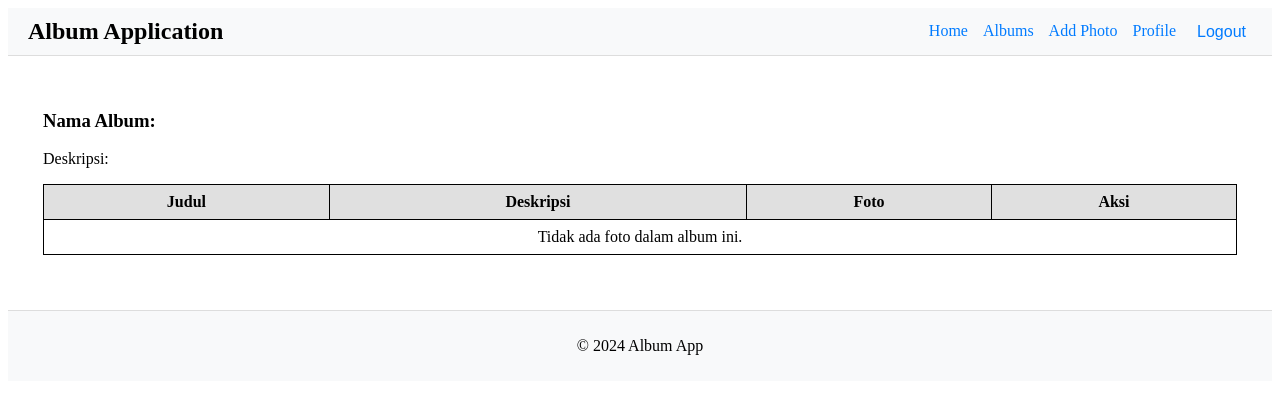
Repository: daffa-alif/snapgram
Page: http://localhost/photos
An editor plug-in stored every save of this project. The page is shown before and after the next save, followed by the edit.
The browser window is 1280 px wide. The pictures show the whole page.
The page is served by the project's Laravel application, run on PHP 8.4 with Laravel 12. A made-up administrator, Test User (test@example.com), is signed in. Other server files are loaded and not shown. Queries for data that is not in the repository find no rows.

Above is the page before, as saved 2024-10-29 14:01:06.

### routes/web.php
<?php

use Illuminate\Support\Facades\Route;
use App\Http\Controllers\{
    AuthController,
    HomeController,
    AlbumController,
    PhotoController,
    ProfileController,
};

// Redirect root URL to login
Route::redirect('/', '/auth/login');

// Authentication routes
Route::controller(AuthController::class)->group(function () {

    Route::get('auth/login', 'showLoginForm')->name('login')->middleware('guest');
    Route::post('auth/postLogin', 'postLogin')->name('postLogin');
    Route::post('logout', 'logout')->name('logout');
    Route::get('auth/register', 'showRegistrationForm')->name('register.form');
    Route::post('auth/register', 'register')->name('register');

   // Routes that require authentication
Route::middleware('auth')->group(function () {
    // Home route
    Route::get('/home', [HomeController::class, 'index'])->name('home');
    // Album resource routes
    Route::resource('albums', AlbumController::class);
    // Photo routes
    Route::resource('photos', PhotoController::class);
    Route::get('/albums/{album}/photos', [PhotoController::class, 'index'])
        ->name('albums.photos');
    Route::post('photos/{photo}/like/', [PhotoController::class, 'like'])
        ->name('photos.like');
    Route::get('/photos/{photo}/comments', [PhotoController::class, 'showComments'])
        ->name('photos.comments');
    Route::post('/photos/{photo}/comments', [PhotoController::class, 'storeComment'])
        ->name('photos.comment.store');

        Route::get('/profile', [ProfileController::class, 'index'])->name('profile.index');
        Route::put('/profile', [ProfileController::class, 'update'])->name('profile.update');
    });
});

### app/Models/User.php
<?php

namespace App\Models;

// use Illuminate\Contracts\Auth\MustVerifyEmail;
use Illuminate\Database\Eloquent\Factories\HasFactory;
use Illuminate\Foundation\Auth\User as Authenticatable;
use Illuminate\Notifications\Notifiable;

class User extends Authenticatable
{
    use HasFactory, Notifiable;

    /**
     * The attributes that are mass assignable.
     *
     * @var array<int, string>
     */
    protected $fillable = [
        'username',
        'email',
        'password',
        'namaLengkap',
        'alamat',
    ];

    protected $primaryKey = 'userID';
    /**
     * The attributes that should be hidden for serialization.
     *
     * @var array<int, string>
     */
    protected $hidden = [
        'password',
        'remember_token',
    ];

    /**
     * Get the attributes that should be cast.
     *
     * @return array<string, string>
     */
    protected function casts(): array
    {
        return [
            'email_verified_at' => 'datetime',
            'password' => 'hashed',
        ];
    }
}

### app/Http/Controllers/PhotoController.php
<?php

namespace App\Http\Controllers;

use Illuminate\Http\Request;
use App\Models\Album;
use App\Models\Photo;
use App\Models\LikePhoto;
use App\Models\Comment;
use Illuminate\Support\Facades\Auth;
use Illuminate\Support\Facades\Storage;

class PhotoController extends Controller
{
    /**
     * Display a listing of the photos for a specific album.
     */
    public function index(Album $album)
    {
        // Check if the album belongs to the authenticated user or is public
        $albums = Album::where('userID', auth()->id())->get();
        $photos = Photo::where('albumID', $album->albumID)->get();
        return view('photos.index', compact('album', 'photos')); // Changed to the appropriate view for displaying photos
    }

    public function edit(Photo $photo)
    {
        // Ensure the authenticated user can access only their own albums
        $albums = Album::where('userID', Auth::id())->get();

        // Check if the photo belongs to the authenticated user for security
        if ($photo->userID !== Auth::id()) {
            return redirect()->route('albums.index')->with('error', 'Unauthorized access to edit photo.');
        }

        // Pass the photo and albums to the edit view
        return view('photos.edit', compact('photo', 'albums'));
    }

    /**
     * Show the form for creating a new photo.
     */
    public function create()
    {
        $albums = Album::where('userID', auth()->id())->get(); // Get albums for the authenticated user
        return view('photos.create', compact('albums')); // Pass the variable to the view
    }

    /**
     * Store a newly uploaded photo in storage.
     */
    public function store(Request $request)
    {
        // Validate the photo upload form input
        $request->validate([
            'judulFoto' => 'required|max:255',
            'deskripsiFoto' => 'required|max:500',
            'albumID' => 'required|exists:albums,albumID',
            'photo' => 'required|image|max:2048', // Ensure the field name matches the form input
        ]);

        // Handle file upload
        $path = $request->file('photo')->store('photos', 'public');

        // Create a new photo entry in the database
        Photo::create([
            'judulFoto' => $request->input('judulFoto'),
            'deskripsiFoto' => $request->input('deskripsiFoto'),
            'tanggalUnggah' => now(),
            'lokasiFile' => $path,
            'albumID' => $request->input('albumID'),
            'userID' => Auth::id(),
        ]);

        return redirect()->route('home', $request->input('albumID'))->with('success', 'Photo uploaded successfully.');
    }

    /**
     * Display the specified photo details.
     */
    public function show(Photo $photo)
    {
        // Check if the photo belongs to the authenticated user or is publicly accessible
        return view('photos.show', compact('photo'));
    }

    /**
     * Update the specified photo information.
     */
    public function update(Request $request, Photo $photo)
{
    // Validate the updated photo information
    $request->validate([
        'judulFoto' => 'required|max:255',
        'deskripsiFoto' => 'required|max:500',
        'albumID' => 'required|exists:albums,albumID',
        'photo' => 'nullable|image|max:2048', // Make the file optional for update
    ]);

    // Check if a new file is uploaded
    if ($request->hasFile('photo')) {
        // Delete the old file from storage
        Storage::disk('public')->delete($photo->lokasiFile);

        // Store the new file and update the path
        $photo->lokasiFile = $request->file('photo')->store('photos', 'public');
    }

    // Update the photo's details without the file path
    $photo->update([
        'judulFoto' => $request->input('judulFoto'),
        'deskripsiFoto' => $request->input('deskripsiFoto'),
        'albumID' => $request->input('albumID'),
    ]);

    // Redirect to the album index with a success message
    return redirect()->route('albums.index', $photo->albumID)->with('success', 'Photo updated successfully.');
}



    /**
     * Remove the specified photo from storage.
     */
    public function destroy(Photo $photo)
    {
        // Delete the file from storage
        Storage::disk('public')->delete($photo->lokasiFile);

        // Delete the photo from the database
        $photo->delete();

        return redirect()->route('albums.index', $photo->albumID)->with('success', 'Photo deleted successfully.');
    }

    /**
     * Like or unlike a photo.
     */
    /**
 * Like or unlike a photo.
 */
public function like(Photo $photo)
{
    // Check if the user has already liked the photo
    $like = LikePhoto::where('userID', Auth::id())
                     ->where('fotoID', $photo->fotoID) // Change photoID to fotoID
                     ->first();

    if ($like) {
        // If the photo is already liked, remove the like (unlike)
        $like->delete();
    } else {
        // Otherwise, add a new like
        LikePhoto::create([
            'userID' => Auth::id(),
            'fotoID' => $photo->fotoID, // Change photoID to fotoID
            'tanggalLike' => now(), // Assuming you want to store the like date
        ]);
    }

    return back()->with('success', 'Photo like status updated.');
}


    /**
     * Display the comments for a photo.
     */
    public function showComments(Photo $photo)
{
    // Retrieve comments related to the photo
    $comments = Comment::where('fotoID', $photo->fotoID)->get();

    // Pass the photo and comments to the view
    return view('photos.comments', compact('photo', 'comments'));
}


    /**
     * Store a new comment on the photo.
     */
    public function storeComment(Request $request, Photo $photo)
{
    // Validate the comment input
    $request->validate([
        'isiKomentar' => 'required|max:500',
    ]);

    // Create a new comment
    Comment::create([
        'isiKomentar' => $request->input('isiKomentar'),
        'userID' => Auth::id(),
        'fotoID' => $photo->fotoID, // Use fotoID as per your naming convention
    ]);

    return back()->with('success', 'Comment added successfully.');
}

}

### app/Models/Album.php
<?php

namespace App\Models;

use Illuminate\Database\Eloquent\Model;

class Album extends Model {

protected $primaryKey = 'albumID';
protected $fillable = ['namaAlbum', 'deskripsi',
'tanggalDibuat', 'userID'];

/**
* Relasi one-to-one antara Album dan User.
* Setiap album dimiliki oleh satu user.
* Relasi ini menggunakan foreign key 'userID'.
*/
public function user() {
return $this->belongsTo(User::class, 'userID');
}

/**
* Relasi one-to-many antara Album dan Photo.
* Setiap album bisa memiliki banyak foto.
* Relasi ini menggunakan foreign key 'albumID'.
*/
public function photos() {
return $this->hasMany(Photo::class, 'albumID');
}
}

### app/Models/Photo.php
<?php

namespace App\Models;

use Illuminate\Database\Eloquent\Model;
use Illuminate\Support\Facades\Auth;

class Photo extends Model
{
    protected $primaryKey = 'fotoID';
    protected $fillable = [
        'judulFoto', 'deskripsi Foto',
        'tanggalUnggah', 'lokasiFile',
        'albumID', 'userID'];

    public function album()
    {
        return $this->belongsTo(Album::class, 'albumID');
    }

    public function user()
    {
        return $this->belongsTo(User::class, 'userID');
    }

    public function likes()
    {
        return $this->hasMany(LikePhoto::class, 'fotoID');
    }

    public function isLikedByAuthUser()
    {
        return $this->likes()->where('userID', Auth::user()->userID)->exists();
    }

    public function comments() {
        return $this->hasMany (Comment::class, 'fotoID');
        }
}

### resources/views/photos/index.blade.php
@extends('layouts.app')

@section('content')
<div style="padding: 15px;">
    <h3>Nama Album: {{ $album->namaAlbum }}</h3>
    <p>Deskripsi: {{ $album->deskripsi }}</p>

    <table style="width: 100%; border: 1px solid #000; margin-top: 10px; border-collapse: collapse;">
        <thead>
            <tr style="background-color: #e0e0e0;">
                <th style="padding: 8px; border: 1px solid #000;">Judul</th>
                <th style="padding: 8px; border: 1px solid #000;">Deskripsi</th>
                <th style="padding: 8px; border: 1px solid #000;">Foto</th>
                <th style="padding: 8px; border: 1px solid #000;">Aksi</th>
            </tr>
        </thead>
        <tbody>
            @if($album->photos->isNotEmpty())
                @foreach($album->photos as $photo)
                    <tr>
                        <td style="padding: 8px; border: 1px solid #000;">{{ $photo->judulFoto }}</td>
                        <td style="padding: 8px; border: 1px solid #000;">{{ $photo->deskripsiFoto }}</td>
                        <td style="padding: 8px; border: 1px solid #000;">
                            <img src="{{ asset('storage/'.$photo->lokasiFile) }}"
                                 alt="{{ $photo->judulFoto }}"
                                 style="width: 100px; height: auto;">
                        </td>
                        <td style="padding: 8px; border: 1px solid #000;">
                            <a href="{{ route('photos.edit', $photo->fotoID) }}" style="margin-right: 10px;">Edit</a>
                            <form action="{{ route('photos.destroy', $photo->fotoID) }}" method="POST"
                                  onsubmit="return confirm('Yakin ingin menghapus foto ini?');"
                                  style="display: inline;">
                                @csrf
                                @method('DELETE')
                                <button type="submit" style="background: none; border: none; color: #d9534f; cursor: pointer;">
                                    Hapus
                                </button>
                            </form>
                        </td>
                    </tr>
                @endforeach
            @else
                <tr>
                    <td colspan="4" style="padding: 8px; text-align: center; border: 1px solid #000;">Tidak ada foto dalam album ini.</td>
                </tr>
            @endif
        </tbody>
    </table>
</div>
@endsection

### resources/views/layouts/app.blade.php
<!DOCTYPE html>
<html lang="en">
<head>
    <meta charset="UTF-8">
    <meta name="viewport" content="width=device-width, initial-scale=1.0">
    <meta http-equiv="X-UA-Compatible" content="ie=edge">
    <title>@yield('title', 'Album App')</title>
    <style>
        /* Basic Flexbox Styles for Navbar */
        header {
            display: flex;
            justify-content: space-between;
            align-items: center;
            padding: 10px 20px;
            background-color: #f8f9fa;
            border-bottom: 1px solid #ddd;
        }

        header h1 {
            margin: 0;
            font-size: 24px;
        }

        nav ul {
            list-style: none;
            display: flex;
            gap: 15px;
            margin: 0;
            padding: 0;
        }

        nav ul li {
            margin: 0;
        }

        nav ul li a,
        nav ul li form button {
            text-decoration: none;
            color: #007BFF;
            background: none;
            border: none;
            cursor: pointer;
            font-size: 16px;
        }

        nav ul li form button:hover,
        nav ul li a:hover {
            text-decoration: underline;
        }

        main {
            padding: 20px;
        }

        footer {
            text-align: center;
            padding: 10px;
            background-color: #f8f9fa;
            border-top: 1px solid #ddd;
            margin-top: 20px;
        }
    </style>
</head>
<body>

    <!-- Header -->
    <header>
        <h1>Album Application</h1>
        @section('header')
            <nav>
                <ul>
                    <li><a href="{{ route('home') }}">Home</a></li>
                    <li><a href="{{ route('albums.index') }}">Albums</a></li>
                    <li><a href="{{ route('photos.create') }}">Add Photo</a></li>
                    <li><a href="{{ route('profile.index') }}">Profile</a></li>
                    <li>
                        <form action="{{ route('logout') }}" method="POST">
                            @csrf
                            <button type="submit">Logout</button>
                        </form>
                    </li>
                </ul>
            </nav>
        @show
    </header>

    <!-- Content Section -->
    <main>
        @yield('content')
    </main>

    <!-- Footer -->
    <footer>
        @section('footer')
            <p>&copy; 2024 Album App</p>
        @show
    </footer>

</body>
</html>

Loaded but not shown: app/Http/Controllers/Controller.php (common file)

After the next save:
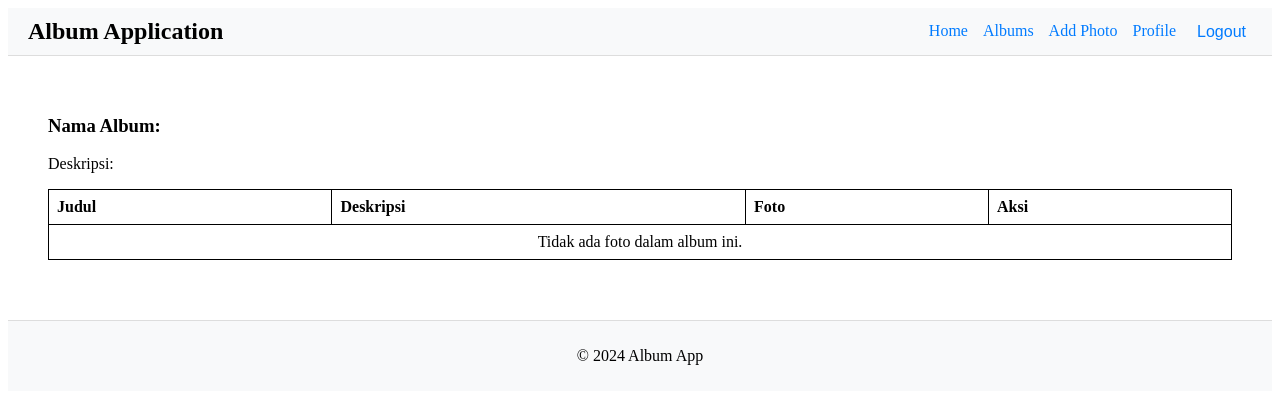
Saved 72 s later.
--- a/resources/views/photos/index.blade.php
+++ b/resources/views/photos/index.blade.php
@@ -1,47 +1,45 @@
 @extends('layouts.app')
 
 @section('content')
-<div style="padding: 15px;">
+<div style="padding: 20px;">
     <h3>Nama Album: {{ $album->namaAlbum }}</h3>
     <p>Deskripsi: {{ $album->deskripsi }}</p>
 
-    <table style="width: 100%; border: 1px solid #000; margin-top: 10px; border-collapse: collapse;">
+    <table style="width: 100%; border-collapse: collapse;">
         <thead>
-            <tr style="background-color: #e0e0e0;">
-                <th style="padding: 8px; border: 1px solid #000;">Judul</th>
-                <th style="padding: 8px; border: 1px solid #000;">Deskripsi</th>
-                <th style="padding: 8px; border: 1px solid #000;">Foto</th>
-                <th style="padding: 8px; border: 1px solid #000;">Aksi</th>
+            <tr>
+                <th style="border: 1px solid #000; padding: 8px; text-align: left;">Judul</th>
+                <th style="border: 1px solid #000; padding: 8px; text-align: left;">Deskripsi</th>
+                <th style="border: 1px solid #000; padding: 8px; text-align: left;">Foto</th>
+                <th style="border: 1px solid #000; padding: 8px; text-align: left;">Aksi</th>
             </tr>
         </thead>
         <tbody>
             @if($album->photos->isNotEmpty())
                 @foreach($album->photos as $photo)
                     <tr>
-                        <td style="padding: 8px; border: 1px solid #000;">{{ $photo->judulFoto }}</td>
-                        <td style="padding: 8px; border: 1px solid #000;">{{ $photo->deskripsiFoto }}</td>
-                        <td style="padding: 8px; border: 1px solid #000;">
+                        <td style="border: 1px solid #000; padding: 8px;">{{ $photo->judulFoto }}</td>
+                        <td style="border: 1px solid #000; padding: 8px;">{{ $photo->deskripsiFoto }}</td>
+                        <td style="border: 1px solid #000; padding: 8px;">
                             <img src="{{ asset('storage/'.$photo->lokasiFile) }}"
                                  alt="{{ $photo->judulFoto }}"
                                  style="width: 100px; height: auto;">
                         </td>
-                        <td style="padding: 8px; border: 1px solid #000;">
-                            <a href="{{ route('photos.edit', $photo->fotoID) }}" style="margin-right: 10px;">Edit</a>
+                        <td style="border: 1px solid #000; padding: 8px;">
+                            <a href="{{ route('photos.edit', $photo->fotoID) }}">Edit</a>
                             <form action="{{ route('photos.destroy', $photo->fotoID) }}" method="POST"
                                   onsubmit="return confirm('Yakin ingin menghapus foto ini?');"
                                   style="display: inline;">
                                 @csrf
                                 @method('DELETE')
-                                <button type="submit" style="background: none; border: none; color: #d9534f; cursor: pointer;">
-                                    Hapus
-                                </button>
+                                <button type="submit" style="background: none; border: none; color: red; cursor: pointer; padding: 0; text-decoration: underline;">Hapus</button>
                             </form>
                         </td>
                     </tr>
                 @endforeach
             @else
                 <tr>
-                    <td colspan="4" style="padding: 8px; text-align: center; border: 1px solid #000;">Tidak ada foto dalam album ini.</td>
+                    <td colspan="4" style="border: 1px solid #000; padding: 8px; text-align: center;">Tidak ada foto dalam album ini.</td>
                 </tr>
             @endif
         </tbody>
